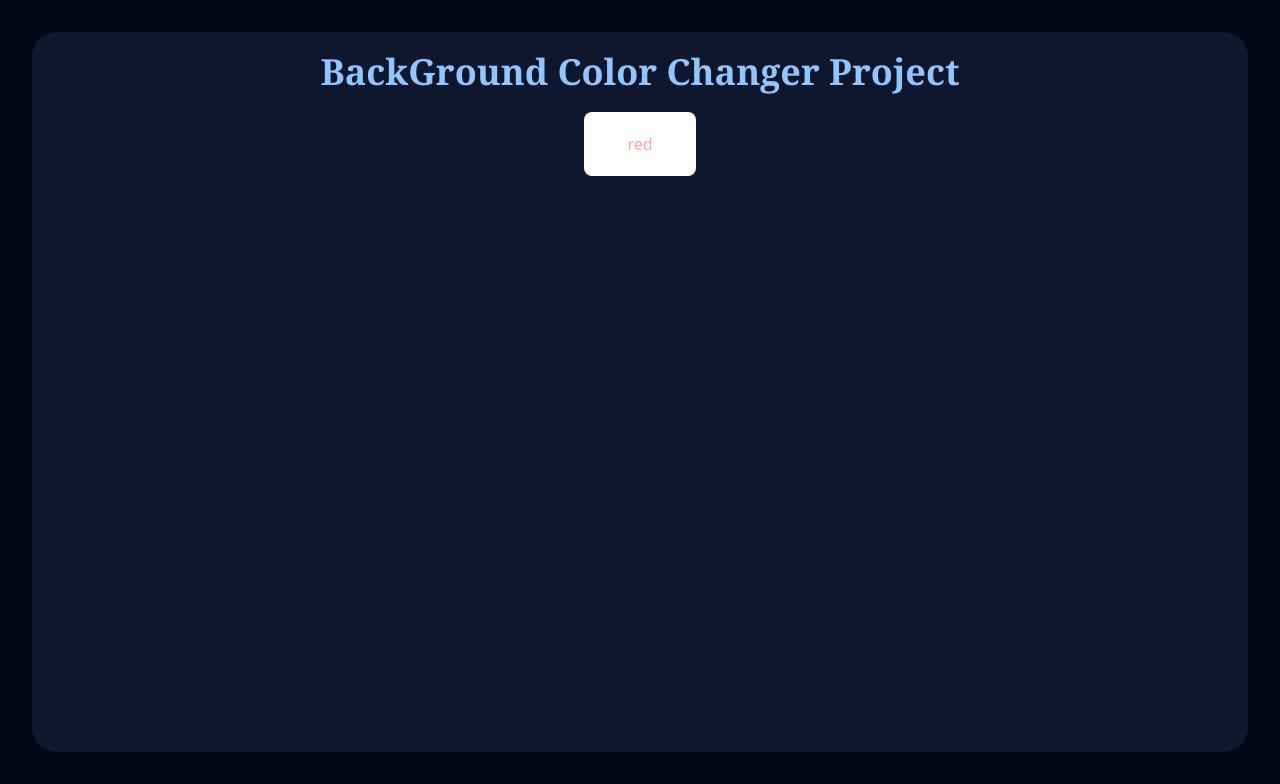
Repository: ChaitanyMishra/react-daily-work
Page: / (app in day-04-react/bg_color_changer/)
The author's editor kept a copy of each file at every save. The page is drawn from the files as they stood at one save, then again after the next save.
The browser window is 1280 px wide. The pictures show the whole page.
The project was rebuilt for these pictures with package versions that can differ from the ones it lists, and the page was loaded fresh each time. Also part of the build but not shown: day-04-react/bg_color_changer/vite.config.js.

Above is the page before, as saved 2025-06-20 16:58:07.

After the next save:
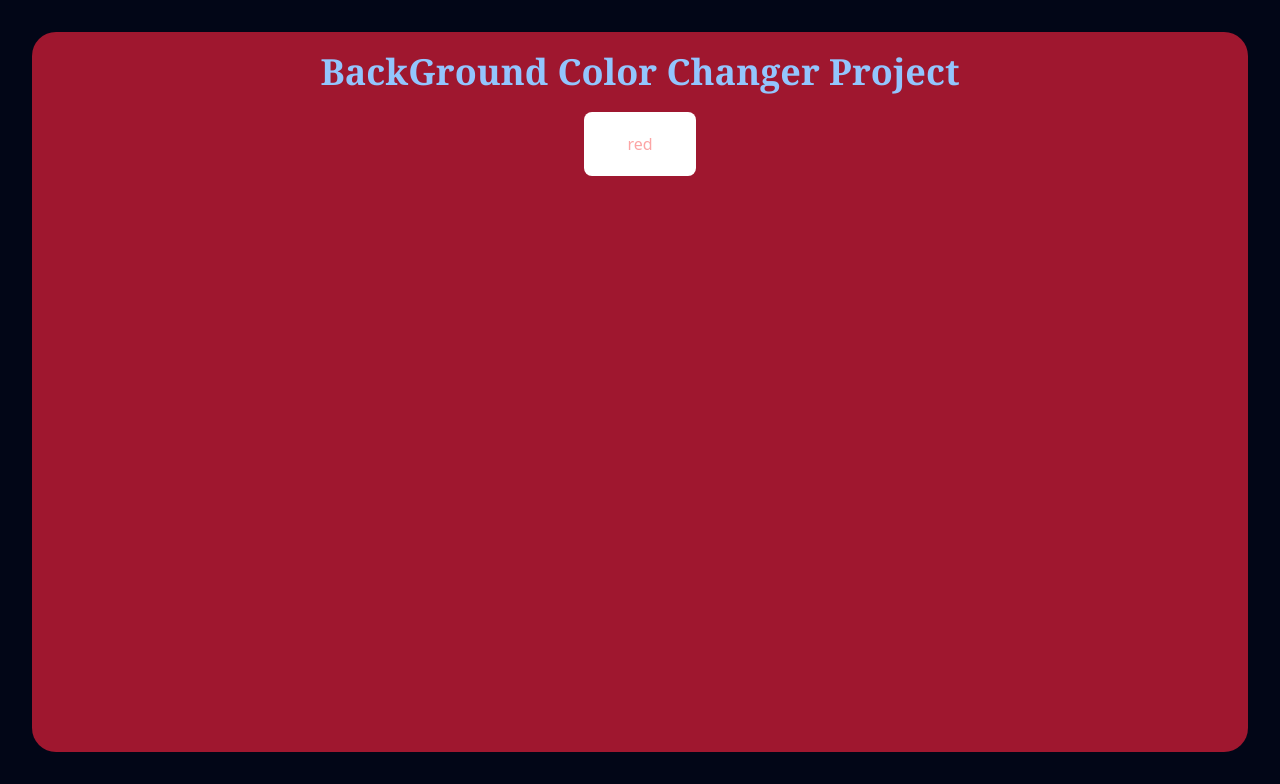
Saved 5 s later.
--- a/day-04-react/bg_color_changer/src/App.jsx
+++ b/day-04-react/bg_color_changer/src/App.jsx
@@ -4,7 +4,7 @@ import  ColorChangeButton from './backGrounColorChanger/buttonComponent'
 import './App.css'
 
 function App() {
-  const [colorState , changeColor] = useState('#0f172f')
+  const [colorState , changeColor] = useState('#9f172f')
 
   return (
     <div className='w-full h-screen rounded-3xl ' style={{backgroundColor: colorState}}>
